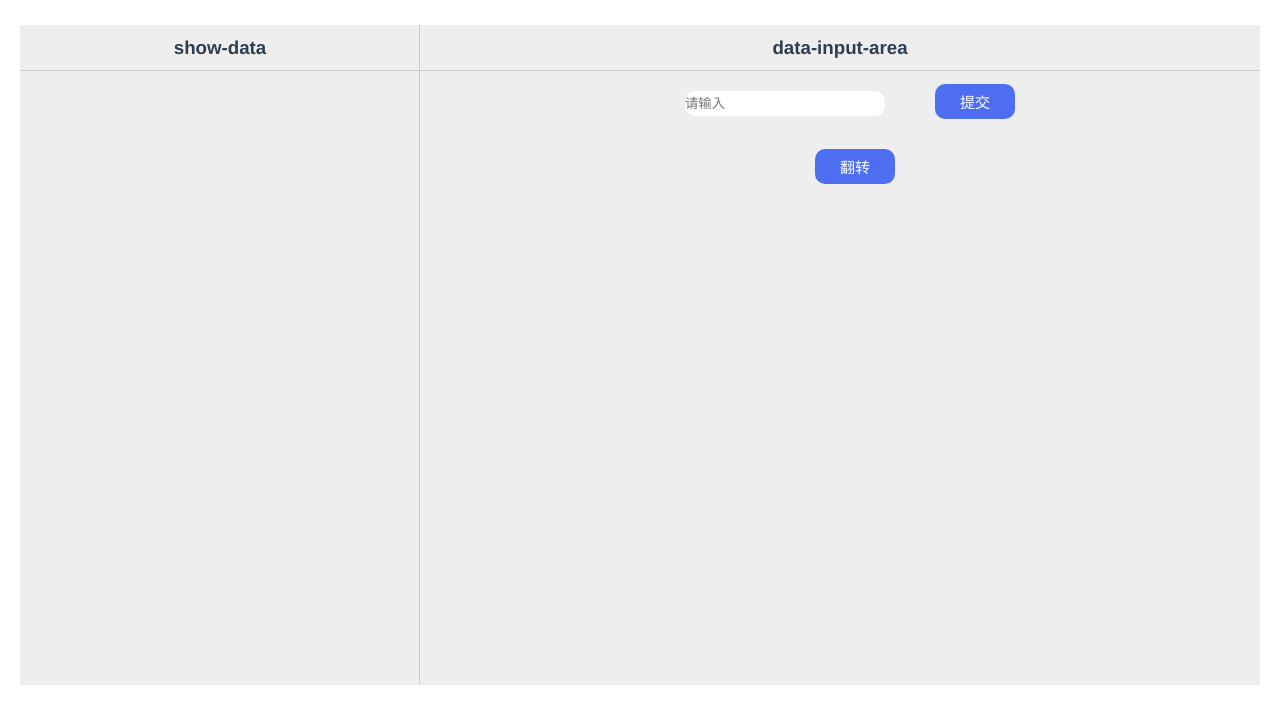
Repository: z-xy-git/demofirst
Page: /home/reverseShowData
The author's editor kept a copy of each file at every save. The page is drawn from the files as they stood at one save, then again after the next save.
The browser window is 1280 px wide. The pictures show the whole page.
The project was rebuilt for these pictures with package versions that can differ from the ones it lists, and the page was loaded fresh each time.

Above is the page before, as saved 2021-03-01 15:31:17.

After the next save:
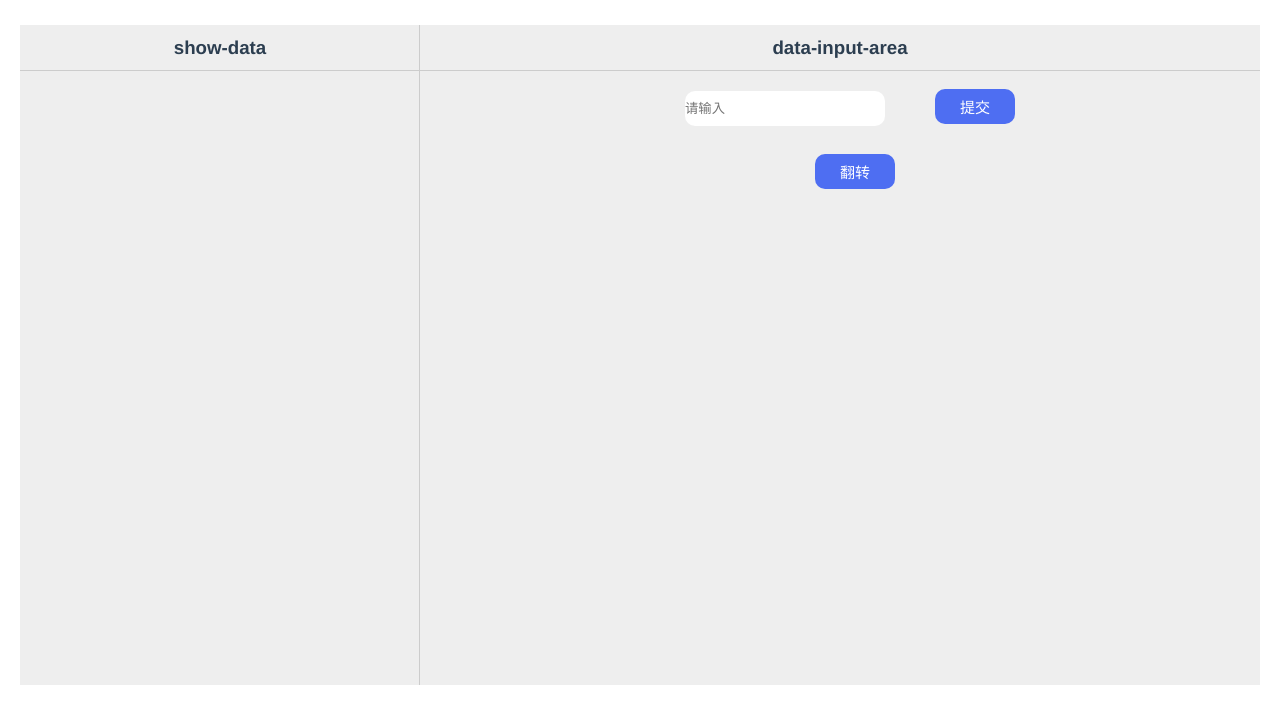
Saved 32 s later.
--- a/src/views/Home.vue
+++ b/src/views/Home.vue
@@ -95,7 +95,7 @@ export default {
     border: none;
     border-radius: 10px;
     width: 200px;
-    height: 25px;
+    height: 35px;
   }
   .btn-style{
     margin: 0 0 30px 30px;
